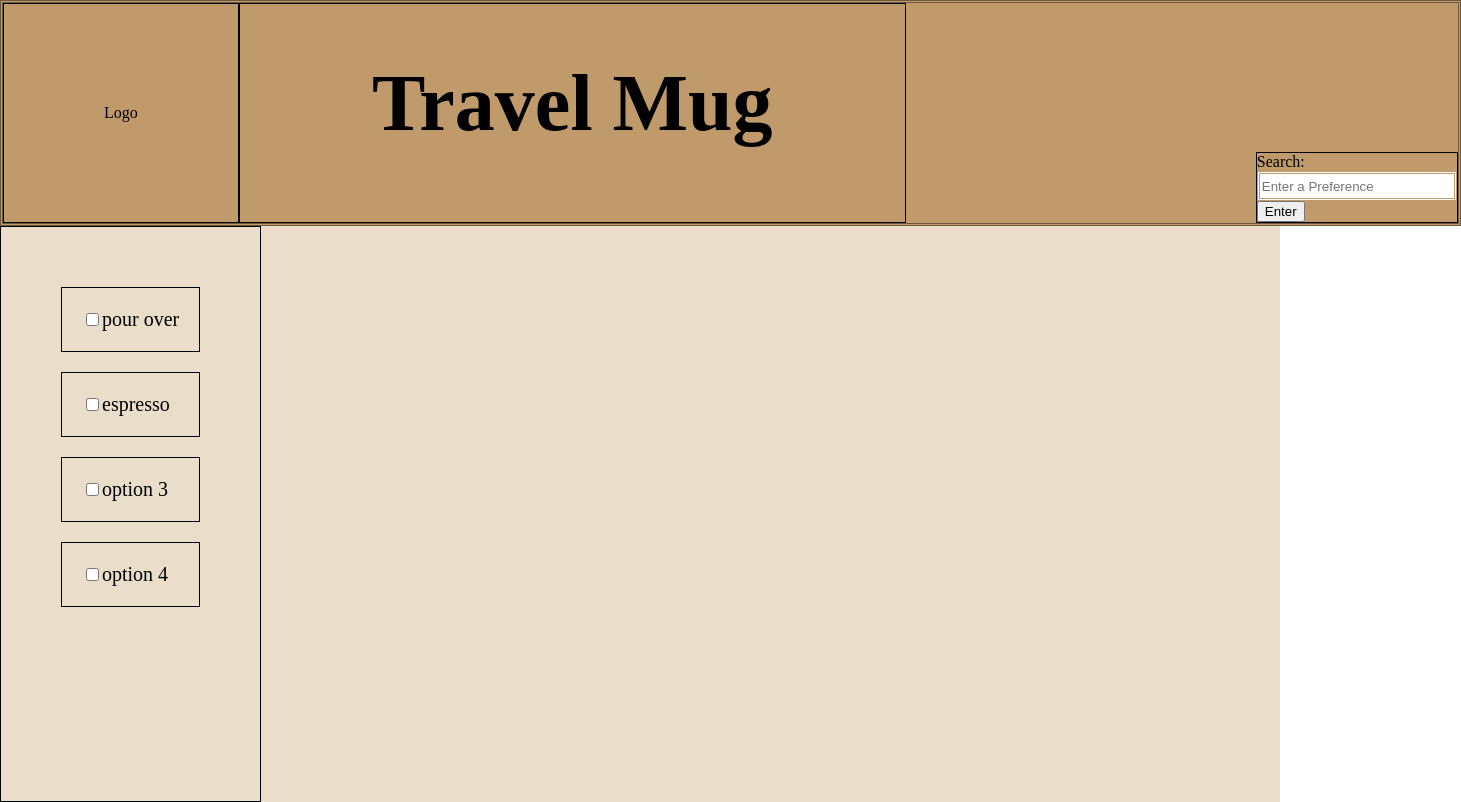
Repository: joshliu14/Travel-Mug
Page: /
These files come from the project's save history. The page is drawn as it stood at one moment and after the next save; the edit follows.
The browser window is 1280 px wide. The page is 1461 px wide, then 1280 px, so the pictures cover 1461 px, including what lies to the right of the window. The pictures show the whole page.
The project was rebuilt for these pictures with package versions that can differ from the ones it lists, and the page was loaded fresh each time.

Above is the page before, as saved 2024-01-03 02:30:50.

After the next save:
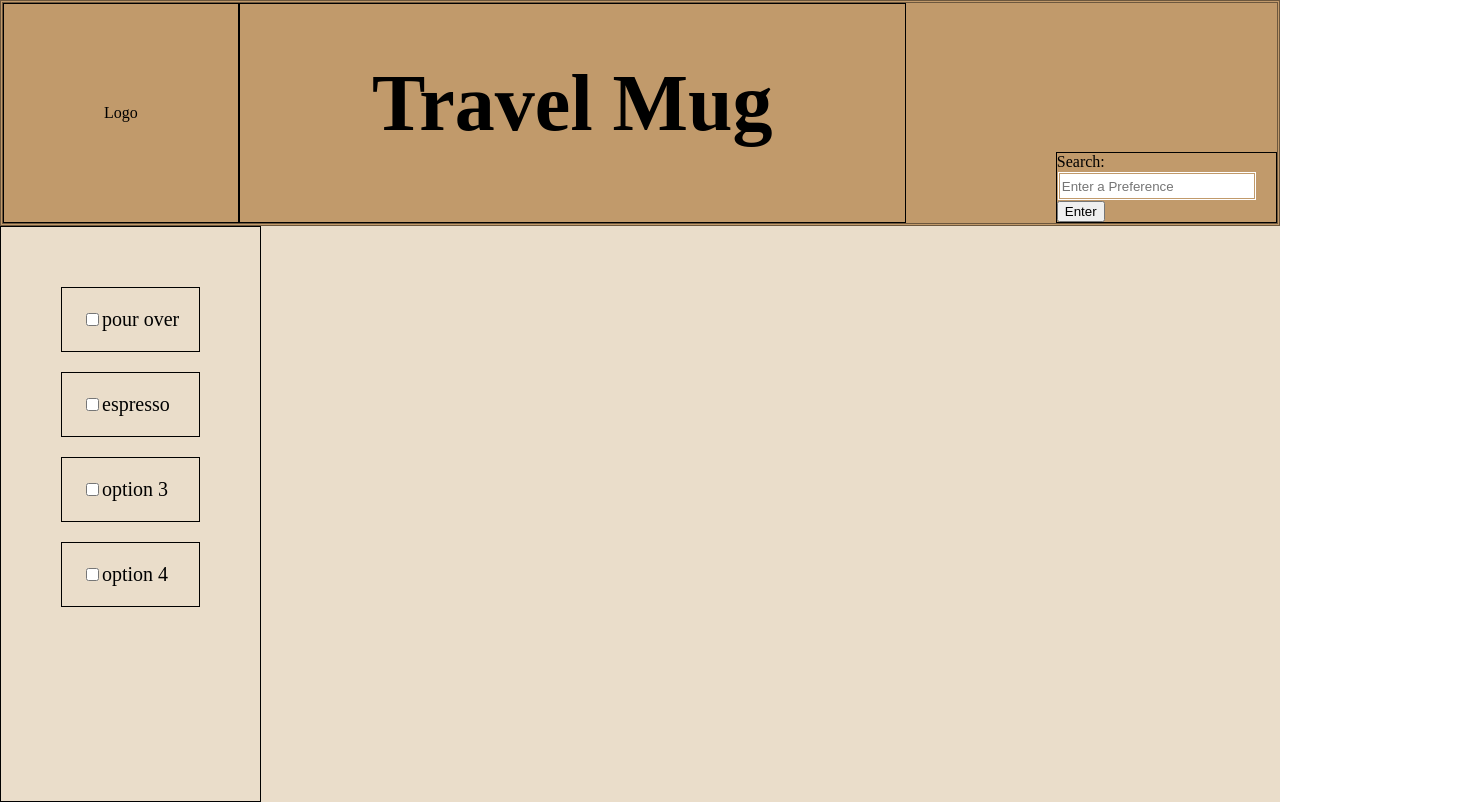
Saved 7 s later.
--- a/src/Home.css
+++ b/src/Home.css
@@ -17,8 +17,6 @@
   text-align: center;
   font-size: 40px;
   min-width: 665px;
-  margin-left: auto;
-  margin-right: 200px;
   border: 1px solid black;
 }
 
